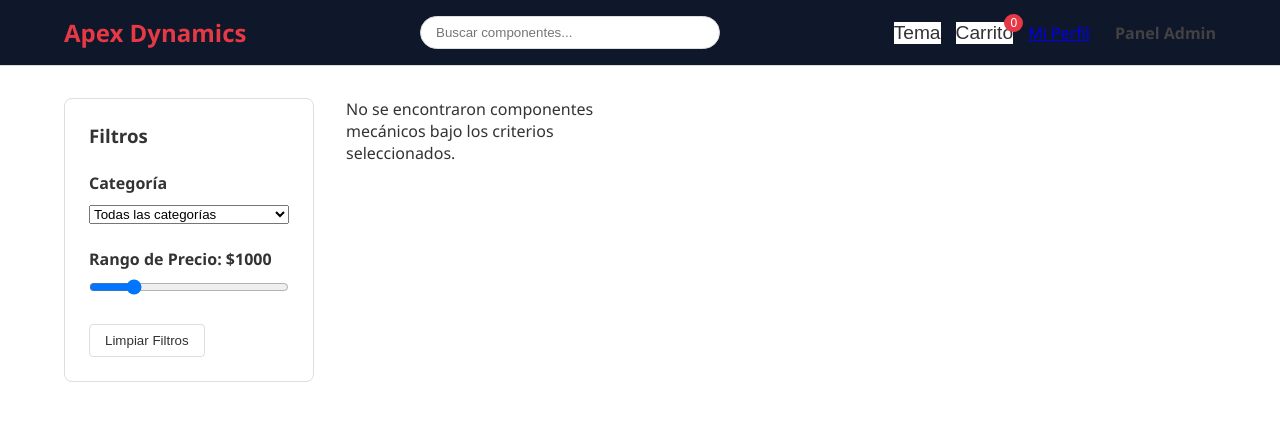
Repository: Niwrad774/Apex-Dynamics-Ecomerce
Page: html/cliente.html
The author's editor kept a copy of each file at every save. The page is drawn from the files as they stood at one save, then again after the next save.
The browser window is 1280 px wide. The pictures show the whole page.
The page's requests for data from a server got no answer.

Above is the page before, as saved 2026-06-11 10:24:48.

### html/cliente.html
<!DOCTYPE html>
<html lang="es">
<head>
    <meta charset="UTF-8">
    <meta name="viewport" content="width=device-width, initial-scale=1.0">
    <title>Catálogo | Apex Dynamics</title>
    <link rel="stylesheet" href="/assets/css/cliente.css">
</head>
<body>
    <header class="navbar">
        <div class="logo"><a href="index.html" style="color: inherit; text-decoration: none;">Apex Dynamics</a></div>
        <div class="search-bar">
            <input type="text" id="search-input" placeholder="Buscar componentes...">
        </div>
        <nav class="nav-actions">
            <button id="theme-toggle" class="btn-icon">Tema</button>
            <button id="cart-toggle" class="btn-icon"><span id="cart-count">0</span>Carrito</button>
            <a href="#perfil" class="profile-link">Mi Perfil</a>
            <a href="admin.html" class="admin-link" style="margin-left: 10px; color: #444141; font-weight: bold; text-decoration: none;">Panel Admin</a>
        </nav>
    </header>

    <main class="catalog-layout">
        <aside class="filters-sidebar">
            <h3>Filtros</h3>
            <div class="filter-group">
                <label for="category-select">Categoría</label>
                <select id="category-select">
                    <option value="all">Todas las categorías</option>
                    <option value="suspension">Suspensión y Dirección</option>
                    <option value="frenos">Frenos</option>
                    <option value="motor">Motor y Rendimiento</option>
                    <option value="telemetria">Electrónica y Telemetría</option>
                </select>
            </div>
            <div class="filter-group">
                <label for="price-range">Rango de Precio: $<span id="price-value">1000</span></label>
                <input type="range" id="price-range" min="0" max="5000" step="50" value="1000">
            </div>
            <button id="clear-filters" class="btn-secondary">Limpiar Filtros</button>
        </aside>

        <section class="products-container" id="products-grid">
            <article class="product-card" data-category="frenos" data-price="850">
                <div class="product-img">Frenos de Carbono</div>
                <div class="product-info">
                    <h4>Discos de Freno Carbon-Cerámicos</h4>
                    <p class="price">$850.00</p>
                    <div class="rating">⭐⭐⭐⭐⭐ (12)</div>
                    <button class="btn-primary add-to-cart" data-id="1">Agregar al Carrito</button>
                    <button class="btn-text view-details">Ver Detalles / Reseñas</button>
                </div>
            </article>
        </section>
    </main>

    <aside class="cart-panel" id="cart-panel">
        <div class="cart-header">
            <h2>Tu Paddock (Carrito)</h2>
            <button id="close-cart" class="btn-icon">✖</button>
        </div>
        <div class="cart-items" id="cart-items">
            </div>
        <div class="cart-summary">
            <div class="summary-row">
                <span>Subtotal:</span>
                <span id="cart-subtotal">$0.00</span>
            </div>
            <div class="summary-row total">
                <span>Total:</span>
                <span id="cart-total">$0.00</span>
            </div>
            <button id="btn-checkout" class="btn-primary btn-block">Proceder al Pago</button>
        </div>
    </aside>

    <div class="modal-overlay" id="checkout-modal">
        <div class="modal-content">
            <span class="close-modal" id="close-checkout">&times;</span>
            <h2>Completar Orden</h2>
            <form id="checkout-form">
                <div class="form-group">
                    <label>Nombre en la Tarjeta</label>
                    <input type="text" required placeholder="Piloto Principal">
                </div>
                <div class="form-group">
                    <label>Número de Tarjeta</label>
                    <input type="text" required pattern="\d{16}" placeholder="0000 0000 0000 0000">
                </div>
                <div class="form-row">
                    <div class="form-group">
                        <label>Vencimiento</label>
                        <input type="text" required placeholder="MM/YY">
                    </div>
                    <div class="form-group">
                        <label>CVV</label>
                        <input type="text" required pattern="\d{3,4}" placeholder="123">
                    </div>
                </div>
                <button type="submit" class="btn-primary btn-block">Confirmar Pago</button>
            </form>
        </div>
    </div>

    <div class="modal-overlay" id="product-modal">
        <div class="modal-content product-modal-content">
            <span class="close-modal" id="close-product">&times;</span>
            <div class="product-details-layout">
                <div class="product-details-info">
                    <h2 id="modal-product-title">Título del Producto</h2>
                    <p id="modal-product-desc">Descripción detallada del componente...</p>
                    <p class="price" id="modal-product-price">$0.00</p>
                </div>
                <div class="product-reviews-section">
                    <h3>Reseñas</h3>
                    <div id="reviews-list" class="reviews-list">
                        </div>
                    <form id="review-form" class="review-form">
                        <h4>Deja tu opinión</h4>
                        <div class="star-rating">
                            <label><input type="radio" name="rating" value="1"> 1⭐</label>
                            <label><input type="radio" name="rating" value="2"> 2⭐</label>
                            <label><input type="radio" name="rating" value="3"> 3⭐</label>
                            <label><input type="radio" name="rating" value="4"> 4⭐</label>
                            <label><input type="radio" name="rating" value="5" checked> 5⭐</label>
                        </div>
                        <textarea rows="3" placeholder="¿Qué tal funciona este componente en la pista?" required></textarea>
                        <button type="submit" class="btn-secondary">Enviar Reseña</button>
                    </form>
                </div>
            </div>
        </div>
    </div>
</body>

<script type="module" src="/js/controllers/CatalogoController.js"></script>

</html>

### assets/css/cliente.css
:root {
    --bg-color: #ffffff;
    --text-color: #333333;
    --primary-color: #e63946;
    --primary-hover: #d62828;
    --secondary-bg: #f8f9fa;
    --card-bg: #ffffff;
    --border-color: #dddddd;
    --font-main: 'Segoe UI', Tahoma, Geneva, Verdana, sans-serif;
    --overlay-bg: rgba(0, 0, 0, 0.6);
}

* { margin: 0; padding: 0; box-sizing: border-box; }

body {
    font-family: var(--font-main);
    background-color: var(--bg-color);
    color: var(--text-color);
    overflow-x: hidden;
}

.btn-primary {
    background-color: var(--primary-color);
    color: #fff;
    border: none;
    padding: 10px 15px;
    border-radius: 4px;
    cursor: pointer;
    font-weight: bold;
    transition: 0.3s;
}
.btn-primary:hover { background-color: var(--primary-hover); }

.btn-secondary {
    background-color: transparent;
    color: var(--text-color);
    border: 1px solid var(--border-color);
    padding: 8px 15px;
    border-radius: 4px;
    cursor: pointer;
    transition: 0.3s;
}
.btn-secondary:hover { background-color: var(--secondary-bg); }

.btn-icon {
    background: none;
    border: none;
    font-size: 1.2rem;
    cursor: pointer;
    color: inherit;
    position: relative;
}
.btn-block { width: 100%; }

.navbar {
    display: flex;
    justify-content: space-between;
    align-items: center;
    padding: 1rem 5%;
    background-color: #0f172a;
    border-bottom: 1px solid var(--border-color);
    position: sticky;
    top: 0;
    z-index: 100;
}
.navbar .logo { font-size: 1.5rem; font-weight: bold; color: var(--primary-color); }
.search-bar input {
    padding: 8px 15px;
    border-radius: 20px;
    border: 1px solid var(--border-color);
    width: 300px;
}
.nav-actions { display: flex; gap: 15px; align-items: center; }
.nav-actions button {background-color:white}
#cart-count {
    position: absolute;
    top: -8px; right: -10px;
    background: var(--primary-color);
    color: white;
    font-size: 0.75rem;
    padding: 2px 6px;
    border-radius: 50%;
}

/* --- Layout del Catálogo --- */
.catalog-layout {
    display: flex;
    gap: 2rem;
    padding: 2rem 5%;
    min-height: 80vh;
}

/* Sidebar Filtros */
.filters-sidebar {
    width: 250px;
    background: var(--card-bg);
    padding: 1.5rem;
    border-radius: 8px;
    border: 1px solid var(--border-color);
    height: fit-content;
}
.filters-sidebar h3 { margin-bottom: 1.5rem; }
.filter-group { margin-bottom: 1.5rem; }
.filter-group label { display: block; margin-bottom: 0.5rem; font-weight: bold; }
.filter-group select, .filter-group input[type="range"] { width: 100%; }

/* Grid Productos */
.products-container {
    flex: 1;
    display: grid;
    grid-template-columns: repeat(auto-fill, minmax(250px, 1fr));
    gap: 1.5rem;
}
.product-card {
    background: var(--card-bg);
    border: 1px solid var(--border-color);
    border-radius: 8px;
    overflow: hidden;
    display: flex;
    flex-direction: column;
}
.product-img {
    height: 180px;
    background: #e9ecef;
    display: flex;
    align-items: center;
    justify-content: center;
    color: #6c757d;
}
.product-info { padding: 1rem; display: flex; flex-direction: column; flex: 1; }
.product-info h4 { margin-bottom: 0.5rem; font-size: 1.1rem; }
.product-info .price { color: var(--primary-color); font-weight: bold; font-size: 1.2rem; margin-bottom: 0.5rem; }
.product-info .rating { margin-bottom: 1rem; font-size: 0.9rem; }
.product-info .add-to-cart { margin-top: auto; margin-bottom: 0.5rem; }
.product-info .btn-text { background: none; border: none; color: #0066cc; cursor: pointer; text-decoration: underline; }

/* --- Panel del Carrito --- */
.cart-panel {
    position: fixed;
    top: 0; right: -400px;
    width: 350px;
    height: 100vh;
    background: var(--card-bg);
    box-shadow: -2px 0 10px rgba(0,0,0,0.1);
    z-index: 1000;
    transition: right 0.3s ease;
    display: flex;
    flex-direction: column;
}
.cart-panel.open { right: 0; }
.cart-header {
    padding: 1.5rem;
    border-bottom: 1px solid var(--border-color);
    display: flex;
    justify-content: space-between;
    align-items: center;
}
.cart-items { flex: 1; overflow-y: auto; padding: 1.5rem; }
.cart-summary {
    padding: 1.5rem;
    border-top: 1px solid var(--border-color);
    background: var(--secondary-bg);
}
.summary-row { display: flex; justify-content: space-between; margin-bottom: 0.5rem; }
.summary-row.total { font-size: 1.2rem; font-weight: bold; margin-bottom: 1rem; }

/* --- Modales (Checkout y Producto) --- */
.modal-overlay {
    position: fixed;
    top: 0; left: 0; width: 100%; height: 100%;
    background: var(--overlay-bg);
    display: none;
    align-items: center;
    justify-content: center;
    z-index: 1100;
}
.modal-content {
    background: var(--bg-color);
    padding: 2rem;
    border-radius: 8px;
    width: 90%;
    max-width: 400px;
    position: relative;
}
.product-modal-content { max-width: 800px; }
.close-modal {
    position: absolute;
    top: 15px; right: 20px;
    font-size: 1.5rem;
    cursor: pointer;
}
.form-group { margin-bottom: 1rem; }
.form-group label { display: block; margin-bottom: 0.3rem; font-size: 0.9rem; }
.form-group input {
    width: 100%; padding: 10px;
    border: 1px solid var(--border-color); border-radius: 4px;
}
.form-row { display: flex; gap: 10px; }

/* Layout Detalle de Producto */
.product-details-layout {
    display: grid;
    grid-template-columns: 1fr 1fr;
    gap: 2rem;
    margin-top: 1rem;
}
.review-form {
    margin-top: 1.5rem;
    background: var(--secondary-bg);
    padding: 1rem;
    border-radius: 8px;
}
.star-rating { margin-bottom: 1rem; display: flex; gap: 10px; }
.review-form textarea {
    width: 100%; padding: 10px;
    border: 1px solid var(--border-color);
    border-radius: 4px; margin-bottom: 1rem; resize: vertical;
}

/* --- Responsive --- */
@media (max-width: 768px) {
    .catalog-layout { flex-direction: column; }
    .filters-sidebar { width: 100%; }
    .product-details-layout { grid-template-columns: 1fr; }
}

### js/repositories/ProductoRepository.js
export class ProductRepository {
    constructor() {
        this.apiURL = 'https://fakestoreapi.com/products';
    }

    async getAllProducts() {
        // CONEXIÓN LOCAL: Intentamos leer la base de datos local en el navegador
        let products = JSON.parse(localStorage.getItem('products'));

        // INTERCEPCIÓN / LOGICA DE CACHÉ: Si no hay datos locales, nos conectamos a la API externa
        if (!products || products.length === 0) {
            try {
                // CONEXIÓN DE RED: Consumo de datos crudos externos
                const response = await fetch(this.apiURL);
                const data = await response.json();

                // MAPEO DE DOMINIO: Transformamos los datos de la API al contexto automotriz
                products = data.map(item => ({
                    id: item.id,
                    title: this.translateToMotorsport(item.title, item.id),
                    description: item.description,
                    price: parseFloat((item.price * 10).toFixed(2)),
                    category: this.mapCategory(item.category),
                    rating: item.rating ? item.rating.rate : 5,
                    reviewsCount: item.rating ? item.rating.count : 0
                }));

                // CONEXIÓN DE PERSISTENCIA: Se guardan localmente para otorgar el control total al Admin
                // A partir de este commit en el storage, la app deja de depender de la API externa
                localStorage.setItem('products', JSON.stringify(products));
            } catch (error) {
                console.error("Error en la conexión con la API, usando fallback local:", error);
                products = this.getFallbackProducts();
                localStorage.setItem('products', JSON.stringify(products));
            }
        }
        return products; // Retorna los datos unificados al Servicio o Controlador
    }

    getReviewsByProductId(productId) {
        // CONEXIÓN LOCAL: Recupera el mapa de reseñas persistidas por ID de producto
        const allReviews = JSON.parse(localStorage.getItem('product_reviews')) || {};
        return allReviews[productId] || this.getDefaultReviews();
    }

    saveReview(productId, reviewDto) {
        // CONEXIÓN LOCAL: Modifica el estado del LocalStorage inyectando una nueva reseña
        const allReviews = JSON.parse(localStorage.getItem('product_reviews')) || {};
        if (!allReviews[productId]) allReviews[productId] = this.getDefaultReviews();

        allReviews[productId].push(reviewDto);
        localStorage.setItem('product_reviews', JSON.stringify(allReviews));
    }

    mapCategory(apiCategory) {
        if (apiCategory.includes("electronics")) return "telemetria";
        if (apiCategory.includes("jewelery")) return "suspension";
        if (apiCategory.includes("men's clothing")) return "motor";
        return "frenos";
    }

    translateToMotorsport(title, id) {
        const names = [
            "Kit de Suspensión Coilovers Pro", "Discos de Freno Cerámicos",
            "Módulo de Telemetría GPS v2", "Turbocompresor de Geometría Variable",
            "Inyectores de Alta Presión", "Volante de Alcantara Competición",
            "Pastillas de Freno Compuesto Blando", "Sensor de Presión de Neumáticos TPMS"
        ];
        return names[id % names.length] || `Componente Racing HP-${id}`;
    }

    getDefaultReviews() {
        return [
            { rating: 5, comment: "Excelente respuesta en pista, altamente recomendado.", date: "2026-05-10" },
            { rating: 4, comment: "Buen material, requiere ajuste profesional.", date: "2026-06-01" }
        ];
    }

    getFallbackProducts() {
        return [{ id: 101, title: "Kit de Suspensión Ajustable", description: "Ideal para circuitos", price: 1200.00, category: "suspension", rating: 4.8, reviewsCount: 14 }];
    }
}

### js/services/CartService.js
export class CartService {
    constructor() {
        // CONEXIÓN DE ESTADO LOCAL: Inicializa el estado en memoria recuperando el carrito del LocalStorage
        this.cart = JSON.parse(localStorage.getItem('cart')) || [];
    }

    getCartItems() {
        return this.cart;
    }

    addToCart(product) {
        const existingItem = this.cart.find(item => item.id === product.id);
        if (existingItem) {
            existingItem.quantity += 1; // PUNTO DE CONEXIÓN: Operación de clonar/incrementar cantidad
        } else {
            this.cart.push({ ...product, quantity: 1 });
        }
        this.syncStorage();
    }

    incrementQuantity(productId) {
        const item = this.cart.find(item => item.id === productId);
        if (item) {
            item.quantity += 1;
            this.syncStorage();
        }
    }

    decrementQuantity(productId) {
        const item = this.cart.find(item => item.id === productId);
        if (item) {
            item.quantity -= 1;
            if (item.quantity <= 0) {
                this.removeFromCart(productId);
                return;
            }
            this.syncStorage();
        }
    }

    removeFromCart(productId) {
        this.cart = this.cart.filter(item => item.id !== productId);
        this.syncStorage();
    }

    clearCart() {
        this.cart = [];
        this.syncStorage();
    }

    // CALCULO MATEMÁTICO: Centraliza el cómputo automático de subtotales y totales requeridos
    getCalculatedTotals() {
        const subtotal = this.cart.reduce((acc, item) => acc + (item.price * item.quantity), 0);
        return {
            subtotal: subtotal.toFixed(2),
            total: subtotal.toFixed(2), // Modificar aquí si se requiere aplicar impuestos o descuentos
            count: this.cart.reduce((acc, item) => acc + item.quantity, 0)
        };
    }

    // CONEXIÓN DE PERSISTENCIA: Sincroniza el estado en memoria con el almacenamiento del navegador
    syncStorage() {
        localStorage.setItem('cart', JSON.stringify(this.cart));
    }
}

### js/views/CatalogoView.js
export class CatalogView {
    // CONEXIÓN CON EL DOM: Al instanciar la vista, le pasamos los elementos HTML que va a controlar
    constructor(domElements) {
        this.DOM = domElements;
    }

    // PUNTO DE CONEXIÓN (Datos -> Interfaz): Recibe el array filtrado y lo dibuja en la cuadrícula
    renderCatalog(products) {
        this.DOM.productsGrid.innerHTML = "";

        if (products.length === 0) {
            this.DOM.productsGrid.innerHTML = `<p class="no-results">No se encontraron componentes mecánicos bajo los criterios seleccionados.</p>`;
            return;
        }

        products.forEach(product => {
            const card = document.createElement("article");
            card.className = "product-card";
            // CONEXIÓN DE IDENTIFICADORES: Usamos `data-id` para mapear el elemento del DOM con el ID del objeto en la BD
            card.innerHTML = `
                <div class="product-img">${product.title.substring(0, 15)}...</div>
                <div class="product-info">
                    <h4>${product.title}</h4>
                    <p class="price">$${product.price.toLocaleString('en-US', {minimumFractionDigits: 2})}</p>
                    <div class="rating">⭐ ${product.rating} (${product.reviewsCount} refs)</div>
                    <button class="btn-primary add-to-cart" data-id="${product.id}">Agregar al Carrito</button>
                    <button class="btn-text view-details" data-id="${product.id}">Ver Detalles / Reseñas</button>
                </div>
            `;
            this.DOM.productsGrid.appendChild(card);
        });
    }

    // PUNTO DE CONEXIÓN (Carrito -> Interfaz): Dibuja los componentes dentro del Paddock lateral
    renderCart(items, totals) {
        this.DOM.cartCount.textContent = totals.count;
        this.DOM.cartSubtotal.textContent = `$${totals.subtotal}`;
        this.DOM.cartTotal.textContent = `$${totals.total}`;

        this.DOM.cartItemsContainer.innerHTML = "";

        if (items.length === 0) {
            this.DOM.cartItemsContainer.innerHTML = `<p style="text-align:center; color:#6c757d; margin-top:2rem;">El carrito está vacío.</p>`;
            return;
        }

        items.forEach(item => {
            const itemElement = document.createElement("div");
            itemElement.style.cssText = "display:flex; justify-content:space-between; align-items:center; margin-bottom:1rem; border-bottom:1px solid var(--border-color); padding-bottom:0.5rem;";
            // CONEXIÓN DE EVENTOS DELEGADOS: Los botones internos llevan el `data-id` para ser interceptados en el controlador
            itemElement.innerHTML = `
                <div>
                    <h5 style="font-size:0.95rem; font-weight:bold;">${item.title}</h5>
                    <p style="color:var(--primary-color); font-size:0.9rem;">$${item.price} x ${item.quantity}</p>
                </div>
                <div style="display:flex; gap:5px; align-items:center;">
                    <button class="btn-qty minus" data-id="${item.id}">-</button>
                    <span>${item.quantity}</span>
                    <button class="btn-qty plus" data-id="${item.id}">+</button>
                    <button class="btn-remove" data-id="${item.id}">🗑️</button>
                </div>
            `;
            this.DOM.cartItemsContainer.appendChild(itemElement);
        });
    }

    renderReviews(reviews) {
        this.DOM.reviewsList.innerHTML = "";
        reviews.forEach(rev => {
            const revEl = document.createElement("div");
            revEl.style.cssText = "margin-bottom: 1rem; border-bottom: 1px dashed #ccc; padding-bottom: 0.5rem;";
            revEl.innerHTML = `
                <p style="font-weight:bold; color:orange;">${"⭐".repeat(rev.rating)}</p>
                <p style="font-style:italic;">"${rev.comment}"</p>
                <small style="color:#777;">Fecha: ${rev.date}</small>
            `;
            this.DOM.reviewsList.appendChild(revEl);
        });
    }
}

Loaded but not shown: js/controllers/CatalogoController.js (185 lines, source omitted)

After the next save:
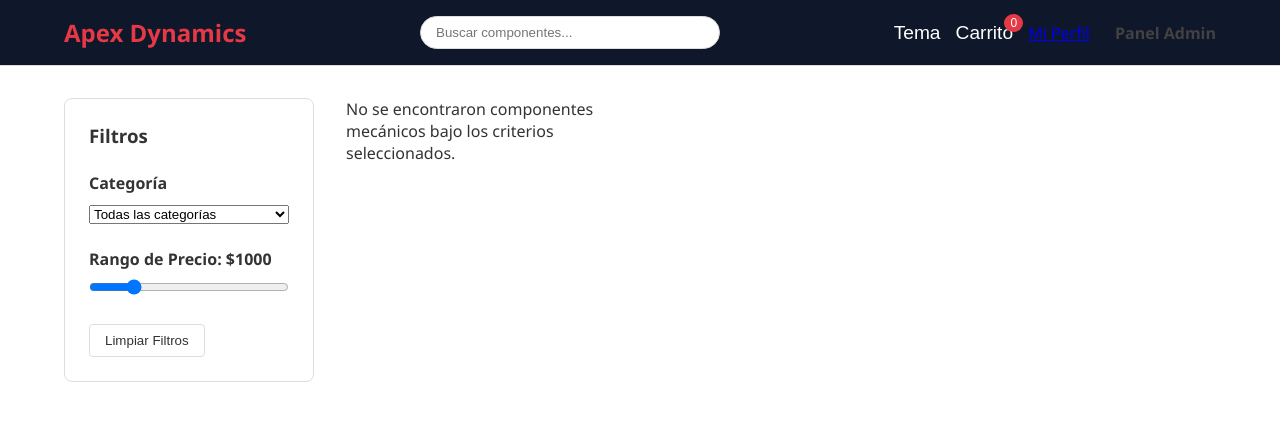
Saved 8 s later.
--- a/assets/css/cliente.css
+++ b/assets/css/cliente.css
@@ -71,7 +71,7 @@ body {
     width: 300px;
 }
 .nav-actions { display: flex; gap: 15px; align-items: center; }
-.nav-actions button {background-color:white}
+.nav-actions button {color:white}
 #cart-count {
     position: absolute;
     top: -8px; right: -10px;
